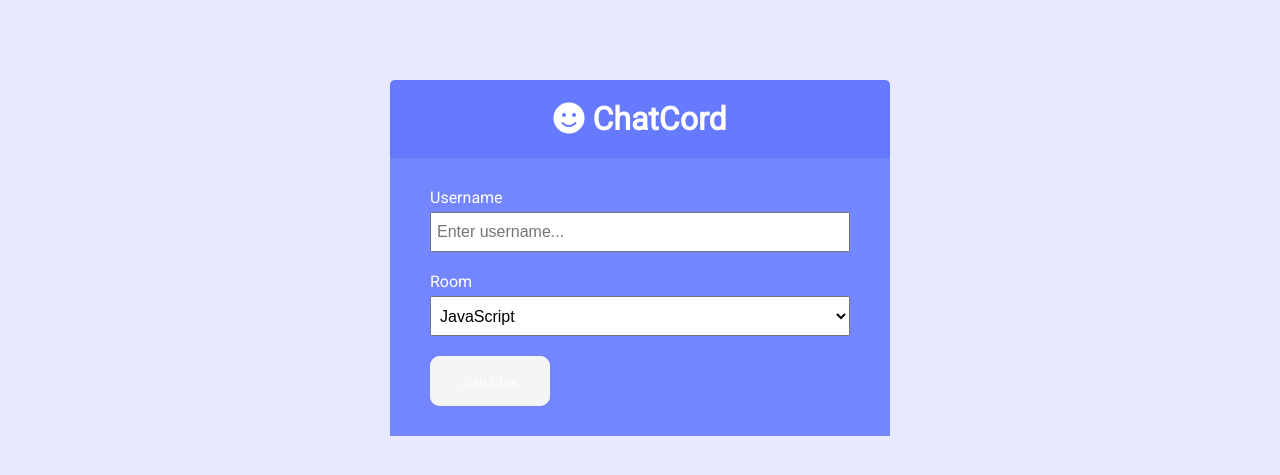
Repository: satyam12116/chat
Page: public/index.html
These files come from the project's save history. The page is drawn as it stood at one moment and after the next save; the edit follows.
The browser window is 1280 px wide. The pictures show the whole page.
Some web libraries are served in a nearby version.

Above is the page before, as saved 2023-03-26 10:34:08.

After the next save:
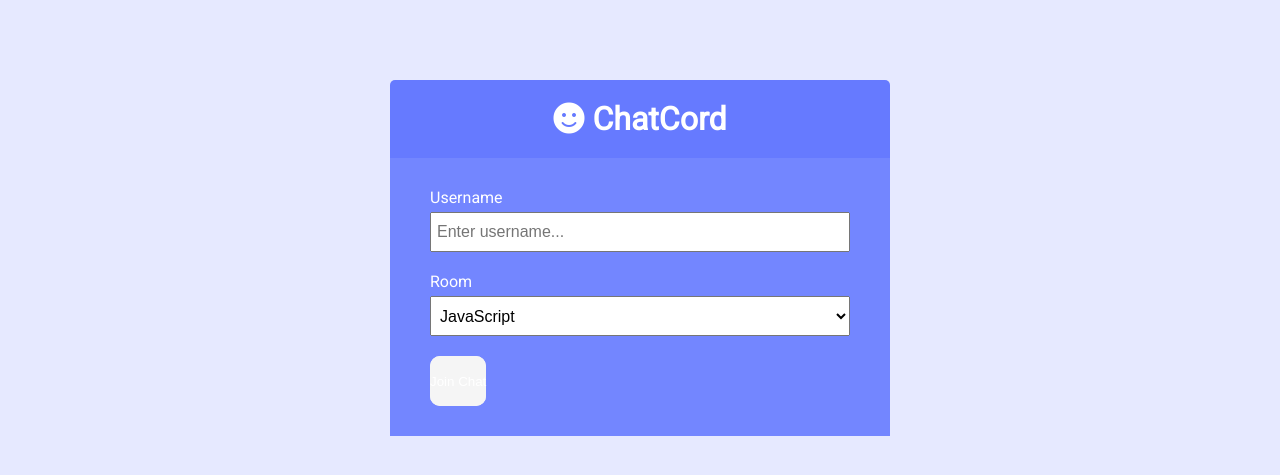
Saved 50 s later.
--- a/public/css/style.css
+++ b/public/css/style.css
@@ -190,7 +190,7 @@
 }
 
 .glow-on-hover {
-
+	margi
     width: 120px;
     height: 50px;
     border: none;

After the save that followed:
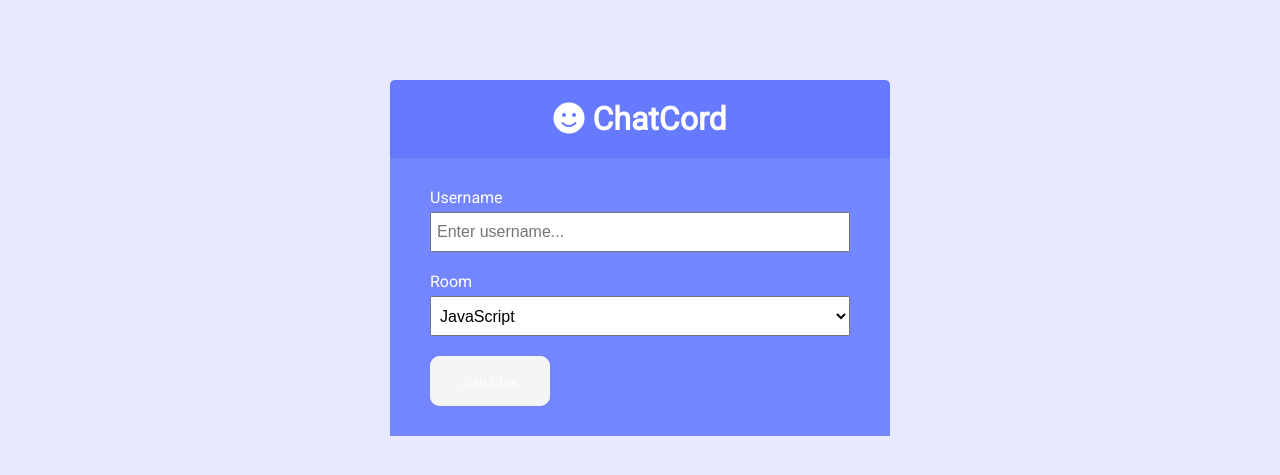
Saved 5 s later.
--- a/public/css/style.css
+++ b/public/css/style.css
@@ -190,7 +190,7 @@
 }
 
 .glow-on-hover {
-	margi
+	margin-left: ;
     width: 120px;
     height: 50px;
     border: none;
